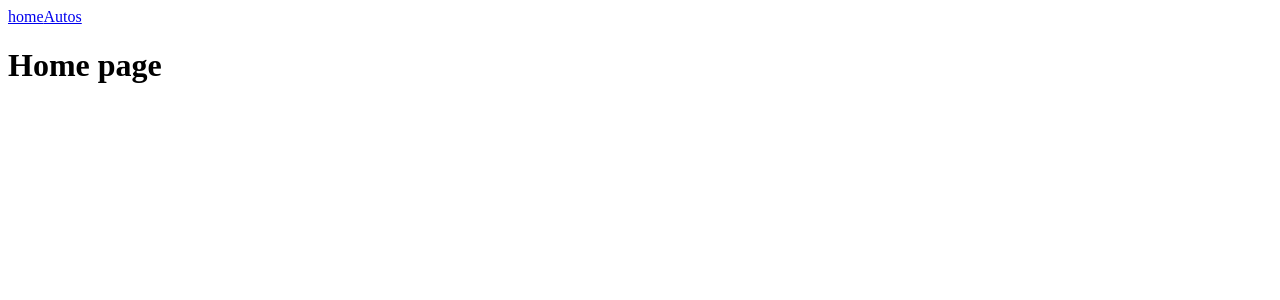
Repository: ysfkel/react-server-app
Page: /
These files come from the project's save history. The page is drawn as it stood at one moment and after the next save; the edit follows.
The browser window is 1280 px wide. The pictures show the whole page.
The project was rebuilt for these pictures with package versions that can differ from the ones it lists, and the page was loaded fresh each time. Also part of the build but not shown: webpack.config.js, src/components/shared/image/thumbnail/thumbnail.component.jsx, src/components/listing/shared/list-item/list-item.component.scss, src/components/listing/shared/list-item/list-item.component.jsx, src/components/listing/shared/listing.component.jsx, src/components/listing/autos/item/auto-list-item.component.jsx, src/components/listing/autos/list/autos.list.component.jsx, src/components/listing/autos/details/auto-details.component.jsx.

Above is the page before, as saved 2017-02-04 21:36:23.

### src/client-app.jsx
import React from 'react';
import ReactDOM from 'react-dom';
import AppRoutes from './components/routing/AppRouting.jsx';

window.addEventListener("load", (e) => {
            ReactDOM.render(<AppRoutes/>,document.getElementById("app"))
            });

### src/components/routing/AppRouting.jsx
import React from 'react';
import { Router, browserHistory, Route, IndexRoute } from 'react-router';
import App from '../pages/app.jsx'
import Home from '../home/home.component.jsx';
import Autos from '../listing/autos/list/autos.list.component.jsx';
import ListItemDetails from '../listing/shared/list-item/list-item.component.jsx';
import AutoDetails from '../../components/listing/autos/details/auto-details.component.jsx';
import routes from './routes.jsx';
export default class AppRoutes extends React.Component {

    render() {
        return (
            <Router history={browserHistory}>
                 {routes}
            </Router>
        );
    }

}

### src/components/pages/app.jsx
import React from 'react';
import { Link } from 'react-router';

export default class App extends React.Component{
      render(){
          return(
              <div className="container app-container">
                  <Link to={"home"}>home</Link>
                  <Link to={"autos"}>Autos</Link>
                 {this.props.children || "This is the default content"}
              </div>
          )
      }
}

### src/components/home/home.component.jsx
import React from 'react';
import axios from 'axios';


export default class Home extends React.Component{

      render(){
          return(
              <div>
                  <header>
                      <h1>Home page</h1>
                  </header>
                  <div>

                  </div>
              </div>
          );
      }

}

### src/components/routing/routes.jsx
import React from 'react';
import { Router, browserHistory, Route, IndexRoute } from 'react-router';
import App from '../pages/app.jsx'
import Home from '../home/home.component.jsx';
import Autos from '../listing/autos/list/autos.list.component.jsx';
import ListItemDetails from '../listing/shared/list-item/list-item.component.jsx';
import AutoDetails from '../../components/listing/autos/details/auto-details.component.jsx';


const routes=(
                <Route path="/" component={App}>
                  <IndexRoute component={Home}/>
                  <Route path="home" component={Home}/>
                  <Route path="autos" component={Autos}/>
                  <Route path="auto/:id" component={AutoDetails} />
                </Route>
);

export default routes;

After the next save:
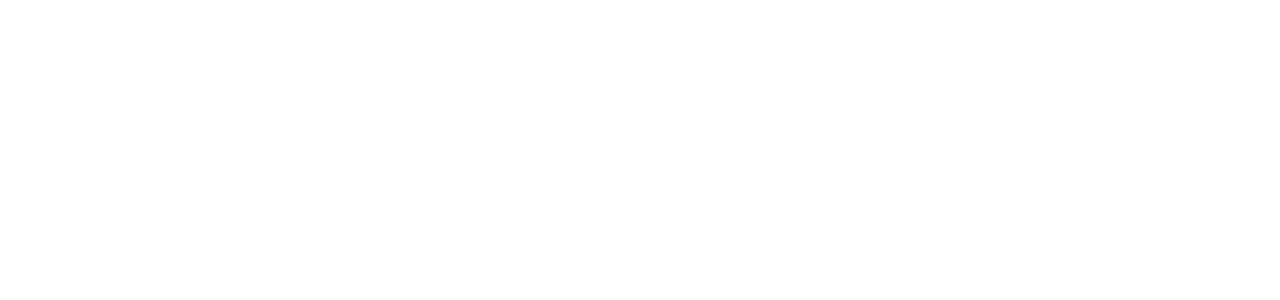
Saved 52 s later.
--- a/src/components/routing/AppRouting.jsx
+++ b/src/components/routing/AppRouting.jsx
@@ -11,7 +11,7 @@
     render() {
         return (
             <Router history={browserHistory}>
-                 {routes}
+
             </Router>
         );
     }

After the save that followed:
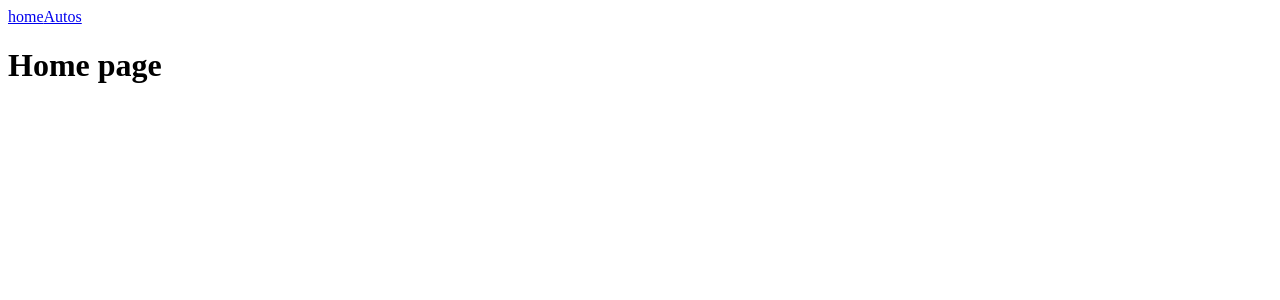
Saved 5 s later.
--- a/src/components/routing/AppRouting.jsx
+++ b/src/components/routing/AppRouting.jsx
@@ -10,7 +10,7 @@
 
     render() {
         return (
-            <Router history={browserHistory}>
+            <Router history={browserHistory} routes={routes}>
 
             </Router>
         );
